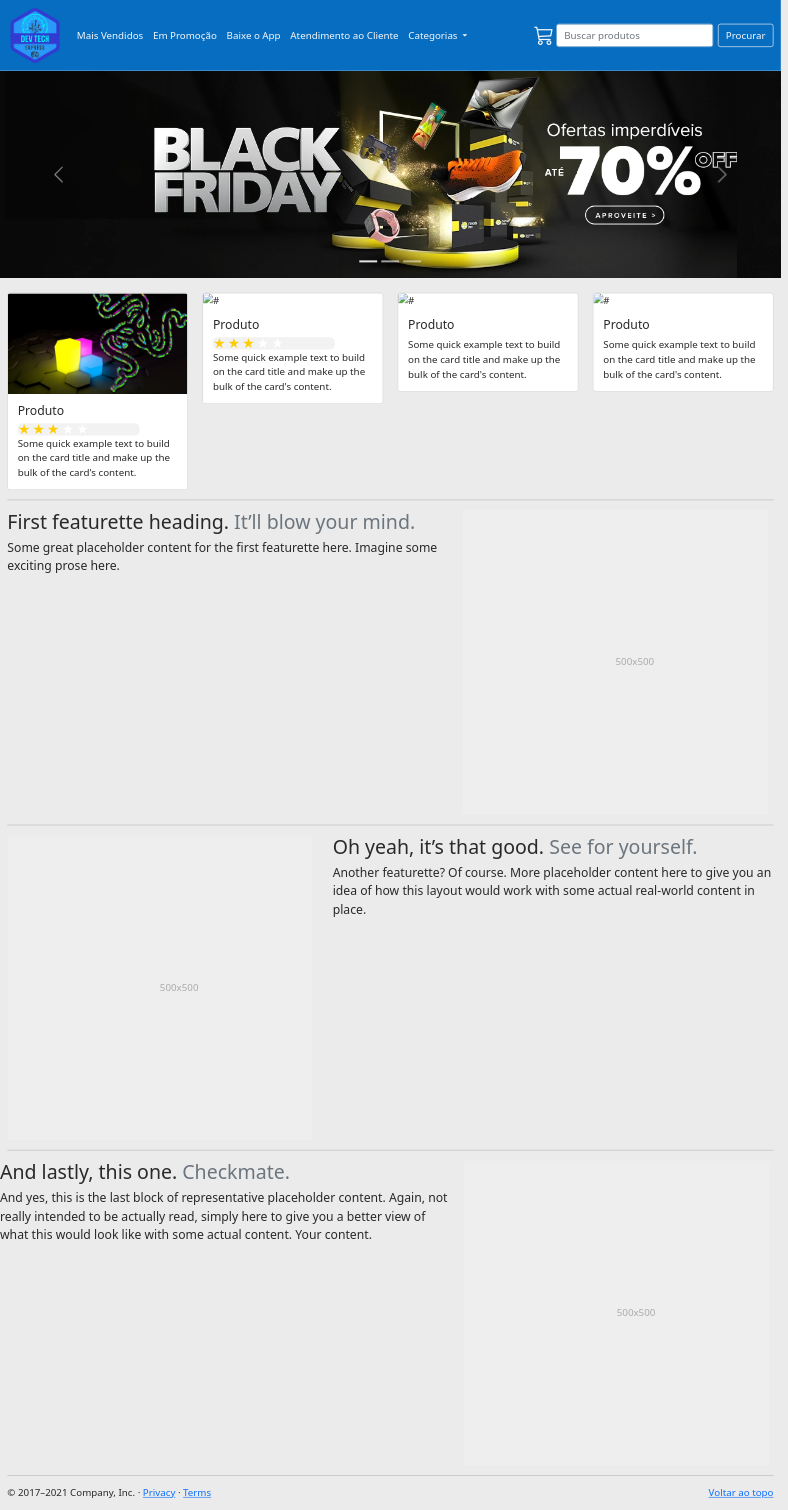
Repository: dantas-barreto/trabalho-interdisciplinar-IDW-IAP
Page: index.html
These files come from the project's save history. The page is drawn as it stood at one moment and after the next save; the edit follows.
The browser window is 1280 px wide. The page is 1292 px wide, so the pictures cover 1292 px, including what lies to the right of the window. The pictures show the whole page, at 61% of full size.
Some web libraries are served in a nearby version.

Above is the page before, as saved 2021-12-04 20:58:46.

### index.html
<!DOCTYPE html>
<html lang="pt-br">
  <head>
    <meta charset="utf-8" />
    <meta name="viewport" content="width=device-width, initial-scale=1.0" />
    <link
      href="https://cdn.jsdelivr.net/npm/bootstrap@5.1.3/dist/css/bootstrap.min.css"
      rel="stylesheet"
      integrity="sha384-1BmE4kWBq78iYhFldvKuhfTAU6auU8tT94WrHftjDbrCEXSU1oBoqyl2QvZ6jIW3"
      crossorigin="anonymous"
    />
    <link
      rel="stylesheet"
      href="https://cdn.jsdelivr.net/npm/bootstrap-icons@1.7.1/font/bootstrap-icons.css"
    />
    <link rel="shortcut icon" href="img/favicon.ico" type="image/x-icon" />
    <link rel="stylesheet" href="css/globalStyle.css" />
    <title>DevTech Express</title>
  </head>
  <body>
    <nav class="navbar navbar-expand-lg header">
      <div class="container-fluid">
        <a class="navbar-brand" href="#">
          <img
            src="img/logo.png"
            width="90rem"
            height="90rem"
            alt="Logo DevTech Express"
          />
        </a>
        <button
          class="navbar-toggler"
          type="button"
          data-bs-toggle="collapse"
          data-bs-target="#navbarSupportedContent"
          aria-controls="navbarSupportedContent"
          aria-expanded="false"
          aria-label="Toggle navigation"
        >
          <span class="navbar-toggler-icon"></span>
        </button>
        <div class="collapse navbar-collapse" id="navbarSupportedContent">
          <ul class="navbar-nav me-auto mb-2 mb-lg-0">
            <li class="nav-item">
              <a
                class="nav-link link-light headerOption active"
                aria-current="page"
                href="#"
                >Mais Vendidos</a
              >
            </li>
            <li class="nav-item">
              <a
                class="nav-link link-light headerOption active"
                href="Clientes.html"
                >Em Promoção</a
              >
            </li>
            <li class="nav-item">
              <a
                class="nav-link link-light headerOption active"
                href="Fornecedores.html"
                >Baixe o App</a
              >
            </li>
            <li class="nav-item">
              <a
                class="nav-link link-light headerOption active"
                href="Produtos.html"
                >Atendimento ao Cliente</a
              >
            </li>
            <li class="nav-item dropdown">
              <a
                class="nav-link link-light headerOption active dropdown-toggle"
                href="#"
                id="navbarDropdown"
                role="button"
                data-bs-toggle="dropdown"
                aria-expanded="false"
              >
                Categorias
              </a>
              <ul class="dropdown-menu" aria-labelledby="navbarDropdown">
                <li><a class="dropdown-item" href="#">Categoria 01</a></li>
                <li><a class="dropdown-item" href="#">Categoria 02</a></li>
                <li><a class="dropdown-item" href="#">Categoria 03</a></li>
                <li><a class="dropdown-item" href="#">Categoria 04</a></li>
                <li><a class="dropdown-item" href="#">Categoria 05</a></li>
                <li><a class="dropdown-item" href="#">Categoria 06</a></li>
                <li><a class="dropdown-item" href="#">Categoria 07</a></li>
                <li><a class="dropdown-item" href="#">Categoria 08</a></li>
              </ul>
            </li>
          </ul>
          <i class="bi bi-cart3 text-light me-1" style="font-size: 2em"></i>
          <form class="d-flex" id="procurar">
            <input
              class="form-control me-2"
              type="search"
              placeholder="Buscar produtos"
              aria-label="Search"
            />
            <button class="btn btn-outline-light" type="submit">
              Procurar
            </button>
          </form>
        </div>
      </div>
    </nav>

    <main>
      <div id="myCarousel" class="carousel slide mb-4" data-bs-ride="carousel">
        <div class="carousel-indicators">
          <button
            type="button"
            data-bs-target="#myCarousel"
            data-bs-slide-to="0"
            class="active"
            aria-current="true"
            aria-label="Slide 1"
          ></button>
          <button
            type="button"
            data-bs-target="#myCarousel"
            data-bs-slide-to="1"
            aria-label="Slide 2"
          ></button>
          <button
            type="button"
            data-bs-target="#myCarousel"
            data-bs-slide-to="2"
            aria-label="Slide 3"
          ></button>
        </div>
        <div class="carousel-inner">
          <div class="carousel-item active">
            <img src="img/exemplo3.webp" alt="Product #1" />
          </div>
          <div class="carousel-item">
            <img src="img/exemplo2.webp" alt="Product #2" />
          </div>
          <div class="carousel-item">
            <img src="img/exemplo1.webp" alt="Product #3" />
          </div>
        </div>
        <button
          class="carousel-control-prev"
          type="button"
          data-bs-target="#myCarousel"
          data-bs-slide="prev"
        >
          <span class="carousel-control-prev-icon" aria-hidden="true"></span>
          <span class="visually-hidden">Previous</span>
        </button>
        <button
          class="carousel-control-next"
          type="button"
          data-bs-target="#myCarousel"
          data-bs-slide="next"
        >
          <span class="carousel-control-next-icon" aria-hidden="true"></span>
          <span class="visually-hidden">Next</span>
        </button>
      </div>

      <div class="container-fluid marketing">
        <div class="row">
          <!-- Fazer os cards ficarem do mesmo tamanho que o maior -->
          <div class="col-xl-3 col-lg-4 col-md-6">
            <div class="card">
              <img src="img/teste.jpg" class="card-img-top" alt="#" />
              <div class="card-body">
                <h5 class="card-title">Produto</h5>
                <div class="classificacao">
                  <div class="qualidade" style="--rating: 3"></div>
                </div>
                <p class="card-text">
                  Some quick example text to build on the card title and make up
                  the bulk of the card's content.
                </p>
              </div>
            </div>
          </div>

          <div class="col-xl-3 col-lg-4 col-md-6">
            <div class="card">
              <img src="#" class="card-img-top" alt="#" />
              <div class="card-body">
                <h5 class="card-title">Produto</h5>
                <div class="classificacao">
                  <div class="qualidade" style="--rating: 3"></div>
                </div>
                <p class="card-text">
                  Some quick example text to build on the card title and make up
                  the bulk of the card's content.
                </p>
              </div>
            </div>
          </div>

          <div class="col-xl-3 col-lg-4 col-md-6">
            <div class="card">
              <img src="#" class="card-img-top" alt="#" />
              <div class="card-body">
                <h5 class="card-title">Produto</h5>
                <p class="card-text">
                  Some quick example text to build on the card title and make up
                  the bulk of the card's content.
                </p>
              </div>
            </div>
          </div>

          <div class="col-xl-3 col-lg-4 col-md-6">
            <div class="card">
              <img src="#" class="card-img-top" alt="#" />
              <div class="card-body">
                <h5 class="card-title">Produto</h5>
                <p class="card-text">
                  Some quick example text to build on the card title and make up
                  the bulk of the card's content.
                </p>
              </div>
            </div>
          </div>
        </div>

        <hr class="featurette-divider" />

        <div class="row featurette">
          <div class="col-md-7">
            <h2 class="featurette-heading">
              First featurette heading.
              <span class="text-muted">It’ll blow your mind.</span>
            </h2>
            <p class="lead">
              Some great placeholder content for the first featurette here.
              Imagine some exciting prose here.
            </p>
          </div>
          <div class="col-md-5">
            <svg
              class="
                bd-placeholder-img bd-placeholder-img-lg
                featurette-image
                img-fluid
                mx-auto
              "
              width="500"
              height="500"
              xmlns="http://www.w3.org/2000/svg"
              role="img"
              aria-label="Placeholder: 500x500"
              preserveAspectRatio="xMidYMid slice"
              focusable="false"
            >
              <title>Placeholder</title>
              <rect width="100%" height="100%" fill="#eee" />
              <text x="50%" y="50%" fill="#aaa" dy=".3em">500x500</text>
            </svg>
          </div>
        </div>

        <hr class="featurette-divider" />

        <div class="row featurette">
          <div class="col-md-7 order-md-2">
            <h2 class="featurette-heading">
              Oh yeah, it’s that good.
              <span class="text-muted">See for yourself.</span>
            </h2>
            <p class="lead">
              Another featurette? Of course. More placeholder content here to
              give you an idea of how this layout would work with some actual
              real-world content in place.
            </p>
          </div>
          <div class="col-md-5 order-md-1">
            <svg
              class="
                bd-placeholder-img bd-placeholder-img-lg
                featurette-image
                img-fluid
                mx-auto
              "
              width="500"
              height="500"
              xmlns="http://www.w3.org/2000/svg"
              role="img"
              aria-label="Placeholder: 500x500"
              preserveAspectRatio="xMidYMid slice"
              focusable="false"
            >
              <title>Placeholder</title>
              <rect width="100%" height="100%" fill="#eee" />
              <text x="50%" y="50%" fill="#aaa" dy=".3em">500x500</text>
            </svg>
          </div>
        </div>

        <hr class="featurette-divider" />
      </div>

      <div class="row featurette">
        <div class="col-md-7">
          <h2 class="featurette-heading">
            And lastly, this one. <span class="text-muted">Checkmate.</span>
          </h2>
          <p class="lead">
            And yes, this is the last block of representative placeholder
            content. Again, not really intended to be actually read, simply here
            to give you a better view of what this would look like with some
            actual content. Your content.
          </p>
        </div>
        <div class="col-md-5">
          <svg
            class="
              bd-placeholder-img bd-placeholder-img-lg
              featurette-image
              img-fluid
              mx-auto
            "
            width="500"
            height="500"
            xmlns="http://www.w3.org/2000/svg"
            role="img"
            aria-label="Placeholder: 500x500"
            preserveAspectRatio="xMidYMid slice"
            focusable="false"
          >
            <title>Placeholder</title>
            <rect width="100%" height="100%" fill="#eee" />
            <text x="50%" y="50%" fill="#aaa" dy=".3em">500x500</text>
          </svg>
        </div>
      </div>

      <footer class="container-fluid">
        <hr class="featurette-divider" />
        <p class="float-end"><a href="#">Voltar ao topo</a></p>
        <p>
          &copy; 2017–2021 Company, Inc. &middot;
          <a href="#">Privacy</a> &middot; <a href="#">Terms</a>
        </p>
      </footer>
    </main>

    <script
      src="https://cdn.jsdelivr.net/npm/bootstrap@5.1.3/dist/js/bootstrap.bundle.min.js"
      integrity="sha384-ka7Sk0Gln4gmtz2MlQnikT1wXgYsOg+OMhuP+IlRH9sENBO0LRn5q+8nbTov4+1p"
      crossorigin="anonymous"
    ></script>
  </body>
</html>

### css/globalStyle.css
:root {
  --fontColor: #292929;
  --bgColor: #ebebeb;
  --header: #610ce9;
  --general: #2c34c9;
  --effect: #4aa2f8;

  --fontColorClosed: #1b1b1b;
  --bgColorClosed: #989898;
  --headerClosed: #3f0897;
  --generalClosed: #1d2282;
  --effectClosed: #076dc0;

  --fontColorOpen: #747474;
  --bgColorOpen: #f2f2f2;
  --headerOpen: #975bf6;
  --generalOpen: #7277e0;
  --effectOpen: #7fc3fa;
}

* {
  color: var(--fontColor);
}

body {
  background-color: var(--bgColor);
}

.headerOption:hover {
  color: var(--effectOpen);
}

/* Header */
.header {
  background-color: var(--effectClosed);
}
/* End Header */

/* Icons */

/* End Icons */

/* Stars */
.classificacao {
  display: flex;
  justify-content: space-between;
}

.classificacao {
  background-color: #f2f2f2;
  border-radius: 8px;
  text-align: center;
  width: 200px;
}

.qualidade {
  --percent: calc(var(--rating) / 5 * 100%);
  display: inline-block;
  font-size: 20px;
  line-height: 1;
}

.qualidade::before {
  background: linear-gradient(90deg, #fc0 var(--percent), #fff var(--percent));
  content: "★★★★★";
  letter-spacing: 3px;
  background-clip: text;
  -webkit-background-clip: text;
  -webkit-text-fill-color: transparent;
}
/* End Stars */

/*css página product*/
.colunatres {
  color: #3483fa;
}
.botoes {
  color: white;
} /*fim css página product*/

After the next save:
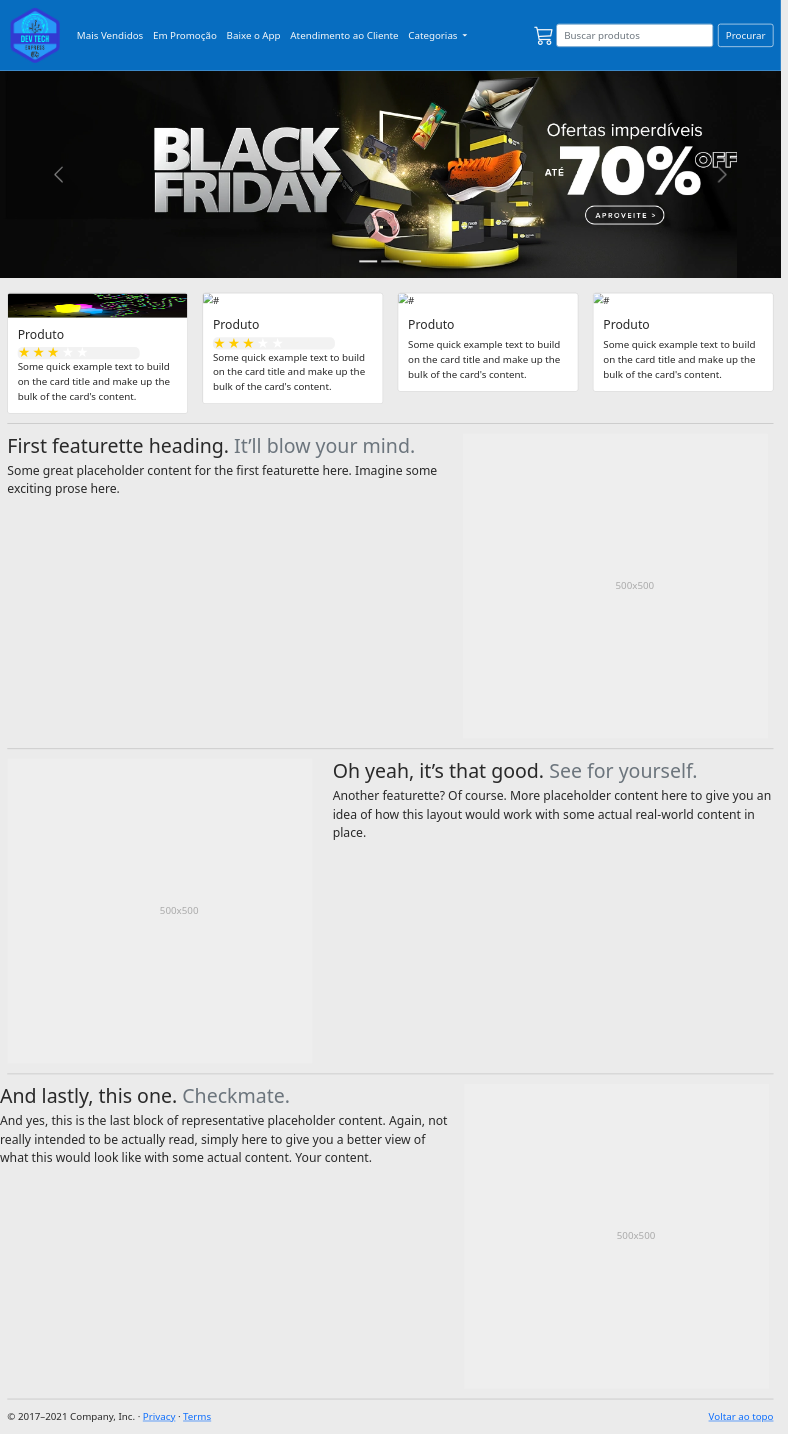
Saved 23 s later.
--- a/index.html
+++ b/index.html
@@ -169,7 +169,13 @@
           <!-- Fazer os cards ficarem do mesmo tamanho que o maior -->
           <div class="col-xl-3 col-lg-4 col-md-6">
             <div class="card">
-              <img src="img/teste.jpg" class="card-img-top" alt="#" />
+              <img
+                src="img/teste.jpg"
+                class="card-img-top"
+                width="40px"
+                height="40px"
+                alt="#"
+              />
               <div class="card-body">
                 <h5 class="card-title">Produto</h5>
                 <div class="classificacao">
